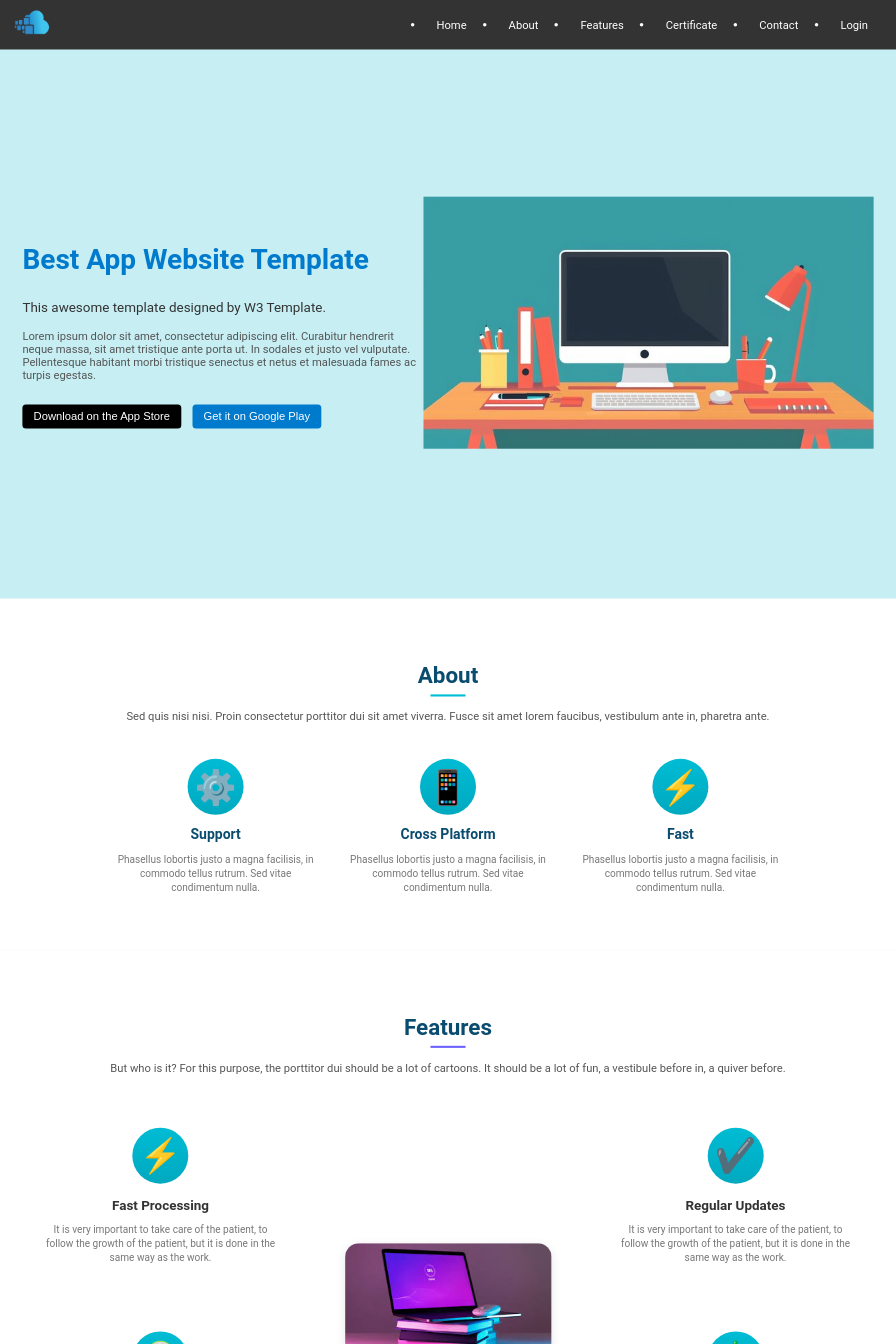
Repository: gautamsonam011/Institute
Page: /
An editor plug-in stored every save of this project. The page is shown before and after the next save, followed by the edit.
The browser window is 1280 px wide. The pictures show the part of the page from y = 0 to 1920 px (the page is 3729 px tall before and 3719 px after), at 70% of full size.
The project was rebuilt for these pictures with package versions that can differ from the ones it lists, and the page was loaded fresh each time. Also part of the build but not shown: vite.config.js, src/Header.jsx, src/Sidebar.jsx, src/Home.jsx, src/students/Addstudent.jsx, src/students/allstudent.css, src/students/Allstudents.jsx, src/Fee management/feehead.css and 9 more.

Above is the page before, as saved 2024-11-27 16:54:44.

After the next save:
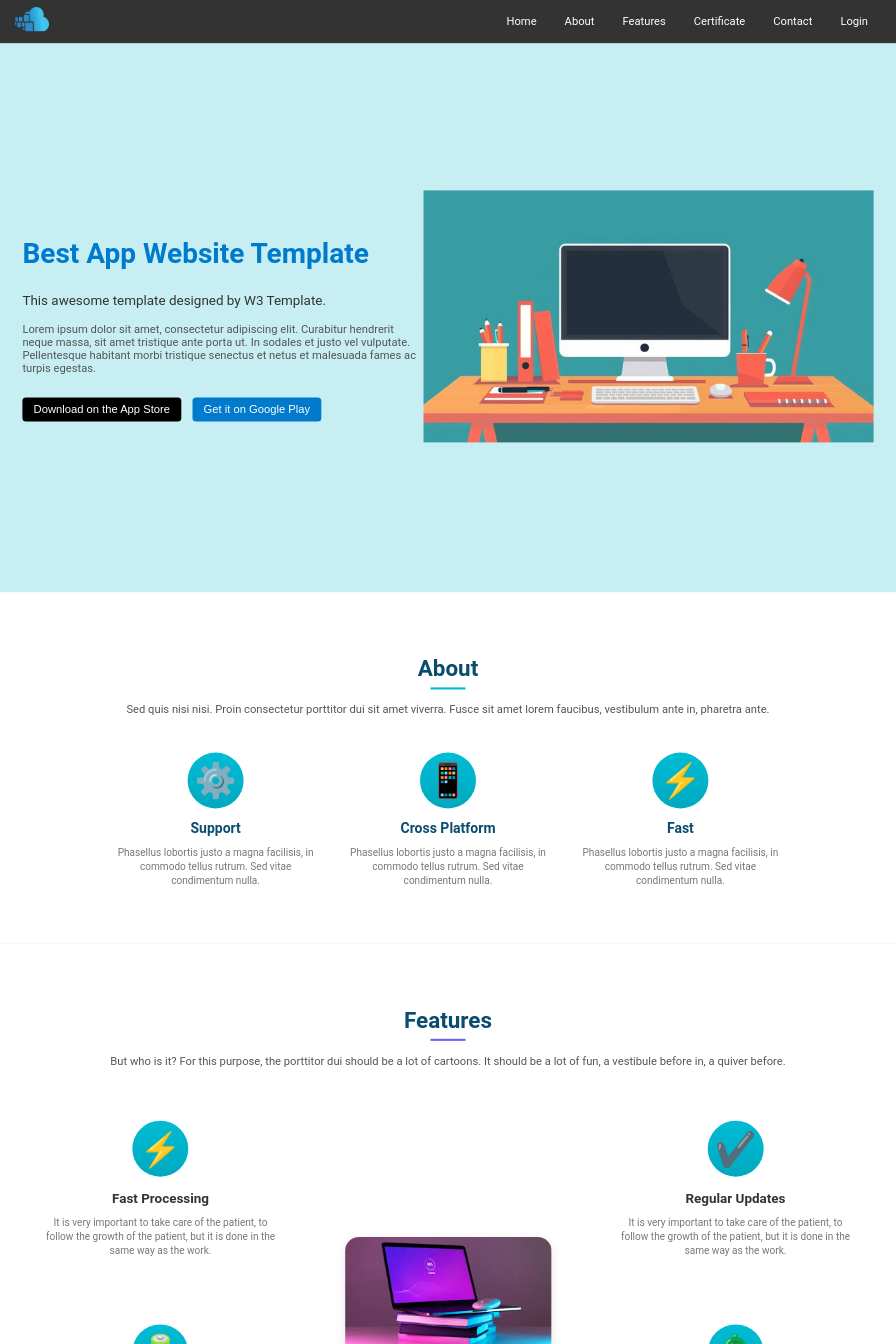
Saved 38 s later.
--- a/src/components/Navbar.jsx
+++ b/src/components/Navbar.jsx
@@ -7,6 +7,7 @@ const Navbar = () => {
   const [studentNo, setStudentNo] = useState("");
   const [loading, setLoading] = useState(false);
   const [error, setError] = useState(null);
+  const [menuOpen, setMenuOpen] = useState(false);  // State for menu visibility
 
   const handleCertificateClick = () => {
     setModalOpen(true);
@@ -61,20 +62,31 @@ const Navbar = () => {
     }
   };
 
+  const toggleMenu = () => {
+    setMenuOpen(!menuOpen);  // Toggle the menu visibility
+  };
+
   return (
     <div>
       <nav className="navbar">
         <div className="logo">
           <img src={image} alt="Logo" />
         </div>
-        <ul className="nav-links">
-          <li><a href="#home">Home</a></li>
-          <li><a href="#about">About</a></li>
-          <li><a href="#features">Features</a></li>
-          <li><a href="#certificate" onClick={handleCertificateClick}>Certificate</a></li>
-          <li><a href="#contact">Contact</a></li>
-          <li><a href="/login">Login</a></li>
-        </ul>
+        <div className={`nav-links ${menuOpen ? "active" : ""}`}>
+          <ul>
+            <li><a href="#home">Home</a></li>
+            <li><a href="#about">About</a></li>
+            <li><a href="#features">Features</a></li>
+            <li><a href="#certificate" onClick={handleCertificateClick}>Certificate</a></li>
+            <li><a href="#contact">Contact</a></li>
+            <li><a href="/login">Login</a></li>
+          </ul>
+        </div>
+        <div className="hamburger" onClick={toggleMenu}>
+          <span className="bar"></span>
+          <span className="bar"></span>
+          <span className="bar"></span>
+        </div>
       </nav>
 
       {isModalOpen && (
